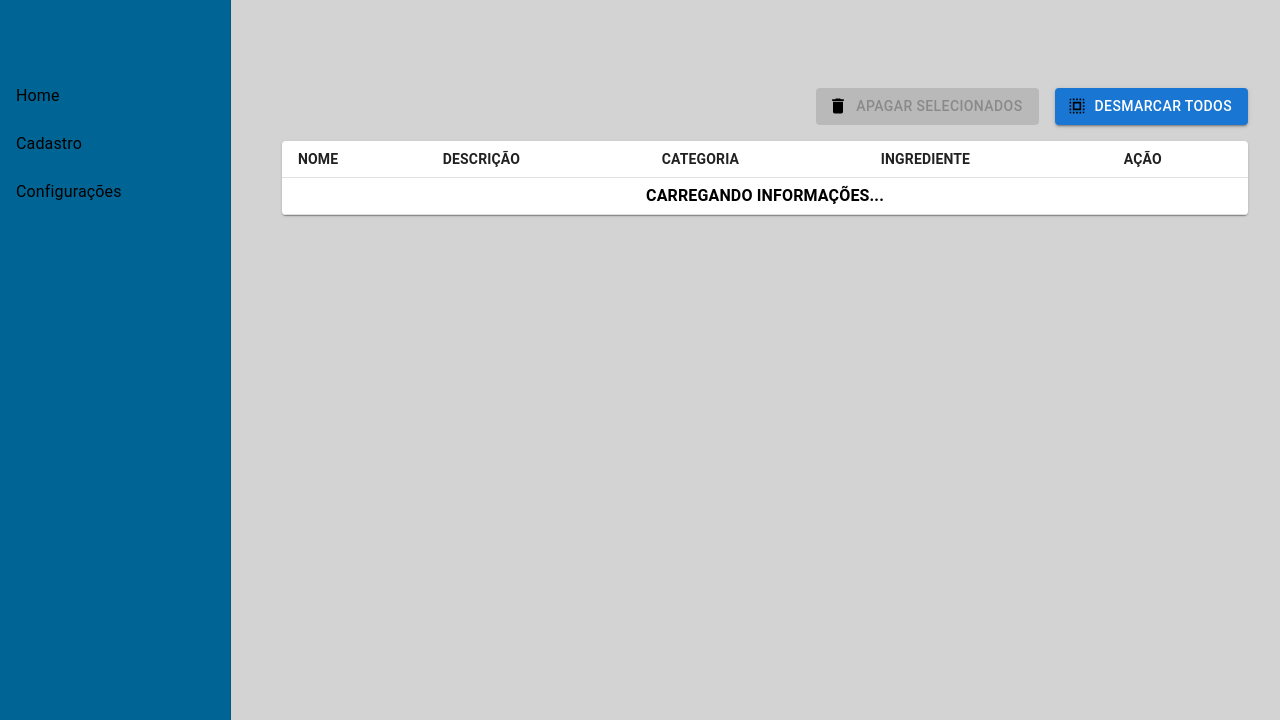
Repository: oZanella/projeto_windel_web_CRM
Page: /
The author's editor kept a copy of each file at every save. The page is drawn from the files as they stood at one save, then again after the next save.
The browser window is 1280 px wide. The pictures show the whole page.
The page's requests for data from a server got no answer. The project was rebuilt for these pictures with package versions that can differ from the ones it lists, and the page was loaded fresh each time. No one was signed in, and anything a server would have sent is missing. Also part of the build but not shown: vite.config.js, src/routes/Configuracoes.jsx. Imported but missing from the stored project, and not drawn on this page: src/routes/Cadastro.jsx.

Above is the page before, as saved 2024-08-19 08:52:37.

### index.html
<!doctype html>
<html lang="en">

<head>
  <meta charset="UTF-8" />
  <link rel="icon" type="image/svg+xml" href="./src/image/LogoWindel.svg" />
  <link rel="stylesheet" href="src/style/GlobalStyles.css" />
  <link href="https://fonts.googleapis.com/css2?family=Playfair+Display&display=swap" rel="stylesheet">

  <meta name="viewport" content="width=device-width, initial-scale=1.0" />
  <title>Projeto Teste - CRM </title>
</head>

<body>
  <div id="root"></div>
  <script type="module" src="/src/main.jsx"></script>
</body>

</html>

### src/style/GlobalStyles.css
:root {
  --click: #7fa8c4;
  --primary: #E8F1F2;
  --darkblue: #13293D;
  --secondary: #000000;
  --ligthblue: #1b98e0;
  --animation: #006494;
  --ligthkgrey: #D3D3D3;
  --blueceledron: #247ba0;
  --delete: #FF0000;
}

* {
    color: var(--secondary);
}

body {
  background-color: var(--ligthkgrey);
}

### src/main.jsx
import { createBrowserRouter, RouterProvider, Navigate } from "react-router-dom"
import { createRoot } from 'react-dom/client'
import { StrictMode } from 'react'
import { App } from './App.jsx'

import './style/GlobalStyles.css'

//páginas do projeto
import { Cadastro } from './routes/Cadastro.jsx'
import { Home } from './routes/Home.jsx'
import { Configuracoes } from './routes/configuracoes.jsx'

const router = createBrowserRouter([
  {
    element: <App />,
    children: [
      {
        path: '/',
        element: <Navigate to="/home" replace />,
      },
      {
        path: '/home',
        element: <Home />,
      },
      {
        path: '/cadastro',
        element: <Cadastro />,
      },
      {
        path: '/configuracoes',
        element: <Configuracoes />,
      },
    ],
  },
])

createRoot(document.getElementById('root')).render(
  <StrictMode>
    <RouterProvider router={router} />
  </StrictMode>,
)

### src/App.jsx
import { Header } from './components/Header'
import { Outlet } from 'react-router-dom'
import { Box } from '@mui/material'
import './style/GlobalStyles.css'

export function App() {
  return (
    <Box sx={{ p: { xs: 2, sm: 3 }, marginTop: { xs: 8, sm: 8 } }}>
      <Header />
      <Box>
        <Outlet />
      </Box>
    </Box>
  );
}

### src/routes/Home.jsx
import React, { useEffect, useState } from 'react';
import { Box, TextField, Button, Dialog, DialogActions, DialogContent, DialogTitle, Select, MenuItem, FormControl, InputLabel } from '@mui/material';

import { handleShowDetails, handleEdit, handleSave, handleInputChange } from '../components/Handle';
import { CardDados } from '../components/TableHome';

import { blogFetch } from '../axios/config';


export const Home = () => {
  const [posts, setPosts] = useState([]);
  const [selectInfo, setSelectInfo] = useState(null);
  const [modeEdit, setModeEdit] = useState(null);
  const [dataEdit, setDataEdit] = useState({});
  const [openAddDialog, setOpenAddDialog] = useState(false);
  const [newPost, setNewPost] = useState({ name: '', description: '', category: '' });

  const getPosts = async () => {
    try {
      const response = await blogFetch.get("/recipe");
      const uniqueData = response.data.filter((value, index, self) =>
        index === self.findIndex((t) => t.id === value.id)
      );
      setPosts(uniqueData); // Garante que não tenha dados duplicados
    } catch (error) {
      console.log(error);
    }
  };

  useEffect(() => {
    getPosts();
  }, []);

  const handleDelete = async (postId) => {
    try {
      await blogFetch.delete(`/recipe/${postId}`);
      setPosts(posts.filter(post => post.id !== postId));
      console.log('Post deletado com sucesso');
    } catch (error) {
      console.error('Erro ao deletar o post', error);
    }
  };

  const handleAddOpen = () => setOpenAddDialog(true);
  const handleAddClose = () => setOpenAddDialog(false);

  {/* API para envio do novo registro*/ }
  const handleAdd = async () => {
    try {
      const newPostFormatted = {
        name: newPost.name,
        description: newPost.description,
        ingredients: [],
        category: newPost.category,
        isFavorite: newPost.isFavorite
      };

      const response = await blogFetch.post("/recipe", newPostFormatted);
      setPosts([...posts, response.data]);
      setNewPost({ name: '', description: '', category: '', isFavorite: false });
      handleAddClose();
      console.log('Post adicionado com sucesso');
    } catch (error) {
      console.error('Erro ao adicionar o post', error);
    }
  };

  return (
    <Box>
      {/* Dados para Adicionar Novo Registro */}
      <Dialog open={openAddDialog} onClose={handleAddClose}>
        <DialogTitle>Adicionar Novo Registro</DialogTitle>
        <DialogContent>
          <TextField
            name="name"
            label="Nome"
            value={newPost.name}
            onChange={(e) => setNewPost({ ...newPost, name: e.target.value })}
            fullWidth
            sx={{ marginBottom: 2 }}
          />
          <TextField
            name="description"
            label="Descrição"
            value={newPost.description}
            onChange={(e) => setNewPost({ ...newPost, description: e.target.value })}
            fullWidth
            sx={{ marginBottom: 2 }}
          />
          <TextField
            name="category"
            label="Categoria"
            value={newPost.category}
            onChange={(e) => setNewPost({ ...newPost, category: e.target.value })}
            fullWidth
            sx={{ marginBottom: 2 }}
          />
          <FormControl fullWidth sx={{ marginBottom: 2 }}>
            <InputLabel>Favorito</InputLabel>
            <Select
              name="isFavorite"
              value={newPost.isFavorite}
              onChange={(e) => setNewPost({ ...newPost, isFavorite: e.target.value })}
              label="Favorito"
            >
              <MenuItem value={true}>Sim</MenuItem>
              <MenuItem value={false}>Não</MenuItem>

            </Select>
          </FormControl>
        </DialogContent>
        <DialogActions>
          <Button onClick={handleAddClose}>Cancelar</Button>
          <Button onClick={handleAdd}>Adicionar</Button>
        </DialogActions>
      </Dialog>

      <CardDados
        posts={posts}
        handleDelete={handleDelete}
        handleEdit={handleEdit}
        handleSave={handleSave}
        modeEdit={modeEdit}
        setModeEdit={setModeEdit}
        dataEdit={dataEdit}
        setDataEdit={setDataEdit}
        handleInputChange={handleInputChange}
        selectInfo={selectInfo}
        setSelectInfo={setSelectInfo}
        handleShowDetails={handleShowDetails}
      />
    </Box>
  );
};

### src/components/Header.jsx
import { AppBar, Toolbar, Typography, Box, Button, IconButton, Drawer, List, ListItem, ListItemText } from '@mui/material';
import MenuIcon from '@mui/icons-material/Menu';
import Logo from '../image/LogoWindel.svg';
import { Link } from 'react-router-dom';
import React, { useState } from 'react';

export const Header = () => {
  const [isDrawerOpen, setIsDrawerOpen] = useState(false);

  const toggleDrawer = (open) => () => {
    setIsDrawerOpen(open);
  };

  const menuItems = [
    { text: 'Home', link: '/home' },
    { text: 'Cadastro', link: '/cadastro' },
    { text: 'Configurações', link: '/configuracoes' },
  ];

  return (
    <>

      <AppBar
        position="fixed"
        sx={{
          display: { xs: 'flex', sm: 'none' },
          width: '100%',
          boxShadow: '0px 0.01px 11px var(--secondary)',
          top: 0,
          left: 0,
          backgroundColor: 'var(--darkblue)',
        }}
      >
        <Toolbar
          sx={{
            display: 'flex',
            justifyContent: 'space-between',
          }}
        >
          <IconButton
            edge="start"
            color="inherit"
            aria-label="menu"
            onClick={toggleDrawer(true)}
          >
            <MenuIcon />

          </IconButton>
          <Typography variant="h6" sx={{ flexGrow: 1 }}>
            Cooking Cake
          </Typography>

          <IconButton
            to={`/home`}
            sx={{
              cursor: 'default',
            }}
            component={Link}
            aria-label="logo"
          >
            <img src={Logo} alt="Logo" style={{ width: '50px', height: '40px' }} />
          </IconButton>
        </Toolbar>
      </AppBar>


      <Drawer
        anchor="left"
        open={isDrawerOpen}
        onClose={toggleDrawer(false)}
        sx={{
          display: { xs: 'block', sm: 'none' },
          '& .MuiDrawer-paper': {
            width: 240,
            backgroundColor: 'var(--darkblue)',
          },
        }}
      >
        <List>
          {menuItems.map((item) => (
            <ListItem key={item.text} component={Link} to={item.link} onClick={toggleDrawer(false)}>
              <ListItemText primary={item.text} />
            </ListItem>
          ))}
        </List>
      </Drawer>


      <Drawer
        variant="permanent"
        sx={{
          display: { xs: 'none', sm: 'block' },
          '& .MuiDrawer-paper': {
            width: 230,
            backgroundColor: 'var(--animation)',
          },
        }}
        open
      >
        <Toolbar />
        <Box sx={{ overflow: 'auto' }}>
          <List>
            {menuItems.map((item) => (
              <ListItem key={item.text} component={Link} to={item.link}>
                <ListItemText primary={item.text} />
              </ListItem>
            ))}
          </List>
        </Box>
      </Drawer>

    </>
  );
};

### src/components/Handle.jsx

import { blogFetch } from '../axios/config';


export const handleShowDetails = (post, setSelectInfo, selectInfo) => {
  if (selectInfo?.id === post.id) {
    setSelectInfo(null); // Fecha se já estiver aberto
  } else {
    setSelectInfo(post); // Abre o post atual
  }
};

export const handleEdit = (post, setModeEdit, setDataEdit) => {
  setModeEdit(post.id);
  setDataEdit(post);
};

//continua com erro, verificar!!
export const handleSave = async (postId, updateData) => {
  try {
    // Envie uma requisição PUT ou POST para salvar os dados atualizados
    const response = await blogFetch.put(`/blogFetch/posts/${postId}`, updateData);
    console.log('Dados salvos com sucesso', response.data);

  } catch (error) {
    console.error('Erro de API', error);
  }
};

export const handleInputChange = (e, setDataEdit) => {
  setDataEdit(prevDataEdit => ({ ...prevDataEdit, [e.target.name]: e.target.value }));
};

### src/axios/config.jsx
// src/axios/config.js
import axios from 'axios';

export const blogFetch = axios.create({
  baseURL: 'https://teste-tecnico-front-api.up.railway.app',
  headers: {
    'Content-Type': 'application/json',
  },
});

Loaded but not shown: src/components/TableHome.jsx (294 lines, source omitted)

After the next save:
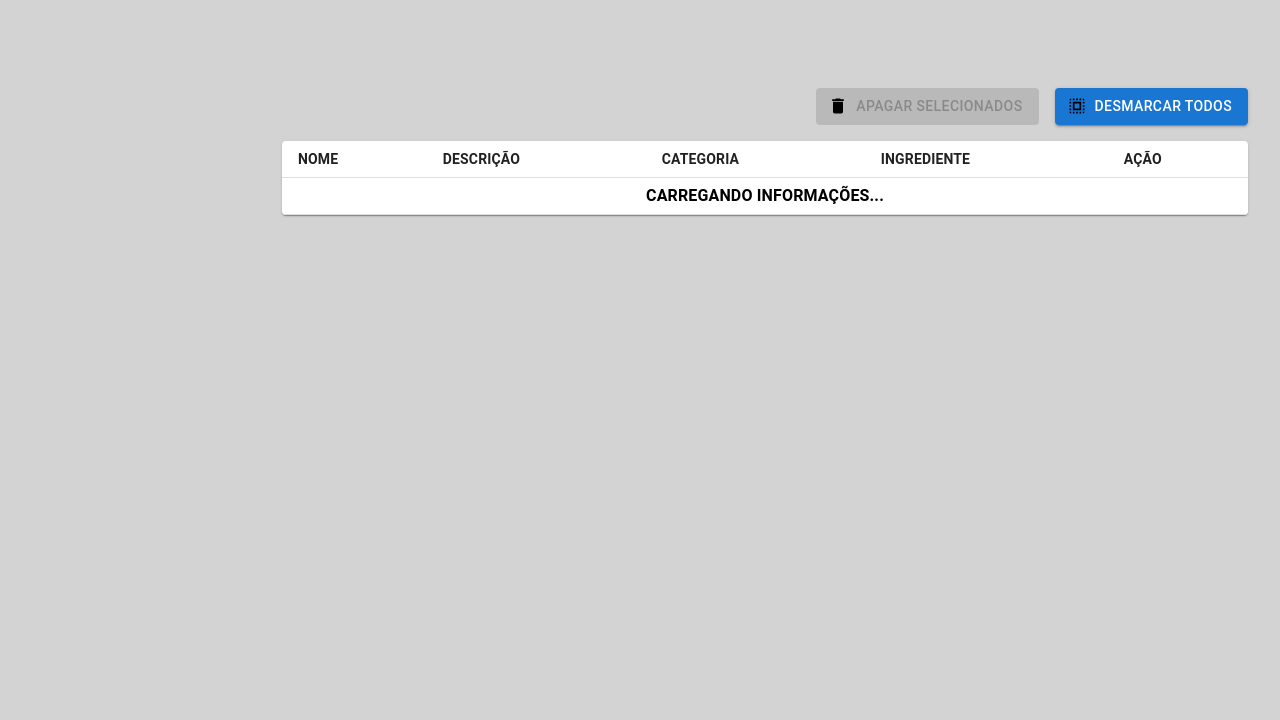
Saved 87 s later.
--- a/src/components/Header.jsx
+++ b/src/components/Header.jsx
@@ -19,7 +19,6 @@
 
   return (
     <>
-
       <AppBar
         position="fixed"
         sx={{
@@ -34,9 +33,25 @@
         <Toolbar
           sx={{
             display: 'flex',
-            justifyContent: 'space-between',
+            flexDirection: 'column',
+            alignItems: 'center',
+            padding: 0,
           }}
         >
+          {/* Logo */}
+          <IconButton
+            to={`/home`}
+            sx={{
+              cursor: 'default',
+              mb: 1, // Add margin-bottom to space out from the buttons
+            }}
+            component={Link}
+            aria-label="logo"
+          >
+            <img src={Logo} alt="Logo" style={{ width: '50px', height: '40px' }} />
+          </IconButton>
+
+          {/* Menu Button */}
           <IconButton
             edge="start"
             color="inherit"
@@ -44,71 +59,36 @@
             onClick={toggleDrawer(true)}
           >
             <MenuIcon />
+          </IconButton>
 
-          </IconButton>
-          <Typography variant="h6" sx={{ flexGrow: 1 }}>
+          {/* Page Title */}
+          <Typography variant="h6" sx={{ flexGrow: 1, textAlign: 'center' }}>
             Cooking Cake
           </Typography>
-
-          <IconButton
-            to={`/home`}
-            sx={{
-              cursor: 'default',
-            }}
-            component={Link}
-            aria-label="logo"
-          >
-            <img src={Logo} alt="Logo" style={{ width: '50px', height: '40px' }} />
-          </IconButton>
         </Toolbar>
       </AppBar>
 
-
+      {/* Drawer */}
       <Drawer
         anchor="left"
         open={isDrawerOpen}
         onClose={toggleDrawer(false)}
-        sx={{
-          display: { xs: 'block', sm: 'none' },
-          '& .MuiDrawer-paper': {
-            width: 240,
-            backgroundColor: 'var(--darkblue)',
-          },
-        }}
       >
-        <List>
-          {menuItems.map((item) => (
-            <ListItem key={item.text} component={Link} to={item.link} onClick={toggleDrawer(false)}>
-              <ListItemText primary={item.text} />
-            </ListItem>
-          ))}
-        </List>
-      </Drawer>
-
-
-      <Drawer
-        variant="permanent"
-        sx={{
-          display: { xs: 'none', sm: 'block' },
-          '& .MuiDrawer-paper': {
-            width: 230,
-            backgroundColor: 'var(--animation)',
-          },
-        }}
-        open
-      >
-        <Toolbar />
-        <Box sx={{ overflow: 'auto' }}>
+        <Box
+          sx={{ width: 250 }}
+          role="presentation"
+          onClick={toggleDrawer(false)}
+          onKeyDown={toggleDrawer(false)}
+        >
           <List>
-            {menuItems.map((item) => (
-              <ListItem key={item.text} component={Link} to={item.link}>
+            {menuItems.map((item, index) => (
+              <ListItem button key={index} component={Link} to={item.link}>
                 <ListItemText primary={item.text} />
               </ListItem>
             ))}
           </List>
         </Box>
       </Drawer>
-
     </>
   );
 };

After the save that followed:
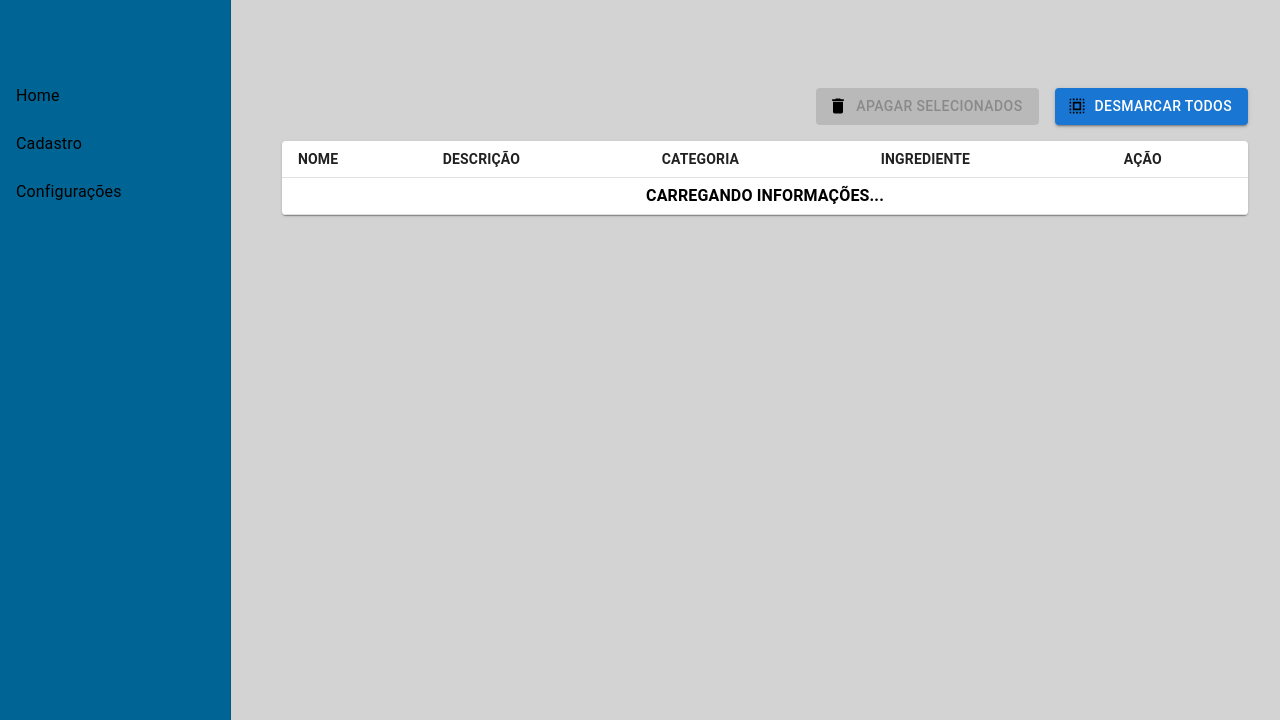
Saved 7 s later.
--- a/src/components/Header.jsx
+++ b/src/components/Header.jsx
@@ -19,6 +19,7 @@
 
   return (
     <>
+
       <AppBar
         position="fixed"
         sx={{
@@ -33,25 +34,9 @@
         <Toolbar
           sx={{
             display: 'flex',
-            flexDirection: 'column',
-            alignItems: 'center',
-            padding: 0,
+            justifyContent: 'space-between',
           }}
         >
-          {/* Logo */}
-          <IconButton
-            to={`/home`}
-            sx={{
-              cursor: 'default',
-              mb: 1, // Add margin-bottom to space out from the buttons
-            }}
-            component={Link}
-            aria-label="logo"
-          >
-            <img src={Logo} alt="Logo" style={{ width: '50px', height: '40px' }} />
-          </IconButton>
-
-          {/* Menu Button */}
           <IconButton
             edge="start"
             color="inherit"
@@ -59,36 +44,71 @@
             onClick={toggleDrawer(true)}
           >
             <MenuIcon />
+
           </IconButton>
-
-          {/* Page Title */}
-          <Typography variant="h6" sx={{ flexGrow: 1, textAlign: 'center' }}>
+          <Typography variant="h6" sx={{ flexGrow: 1 }}>
             Cooking Cake
           </Typography>
+
+          <IconButton
+            to={`/home`}
+            sx={{
+              cursor: 'default',
+            }}
+            component={Link}
+            aria-label="logo"
+          >
+            <img src={Logo} alt="Logo" style={{ width: '50px', height: '40px' }} />
+          </IconButton>
         </Toolbar>
       </AppBar>
 
-      {/* Drawer */}
+
       <Drawer
         anchor="left"
         open={isDrawerOpen}
         onClose={toggleDrawer(false)}
+        sx={{
+          display: { xs: 'block', sm: 'none' },
+          '& .MuiDrawer-paper': {
+            width: 240,
+            backgroundColor: 'var(--darkblue)',
+          },
+        }}
       >
-        <Box
-          sx={{ width: 250 }}
-          role="presentation"
-          onClick={toggleDrawer(false)}
-          onKeyDown={toggleDrawer(false)}
-        >
+        <List>
+          {menuItems.map((item) => (
+            <ListItem key={item.text} component={Link} to={item.link} onClick={toggleDrawer(false)}>
+              <ListItemText primary={item.text} />
+            </ListItem>
+          ))}
+        </List>
+      </Drawer>
+
+
+      <Drawer
+        variant="permanent"
+        sx={{
+          display: { xs: 'none', sm: 'block' },
+          '& .MuiDrawer-paper': {
+            width: 230,
+            backgroundColor: 'var(--animation)',
+          },
+        }}
+        open
+      >
+        <Toolbar />
+        <Box sx={{ overflow: 'auto' }}>
           <List>
-            {menuItems.map((item, index) => (
-              <ListItem button key={index} component={Link} to={item.link}>
+            {menuItems.map((item) => (
+              <ListItem key={item.text} component={Link} to={item.link}>
                 <ListItemText primary={item.text} />
               </ListItem>
             ))}
           </List>
         </Box>
       </Drawer>
+
     </>
   );
 };
